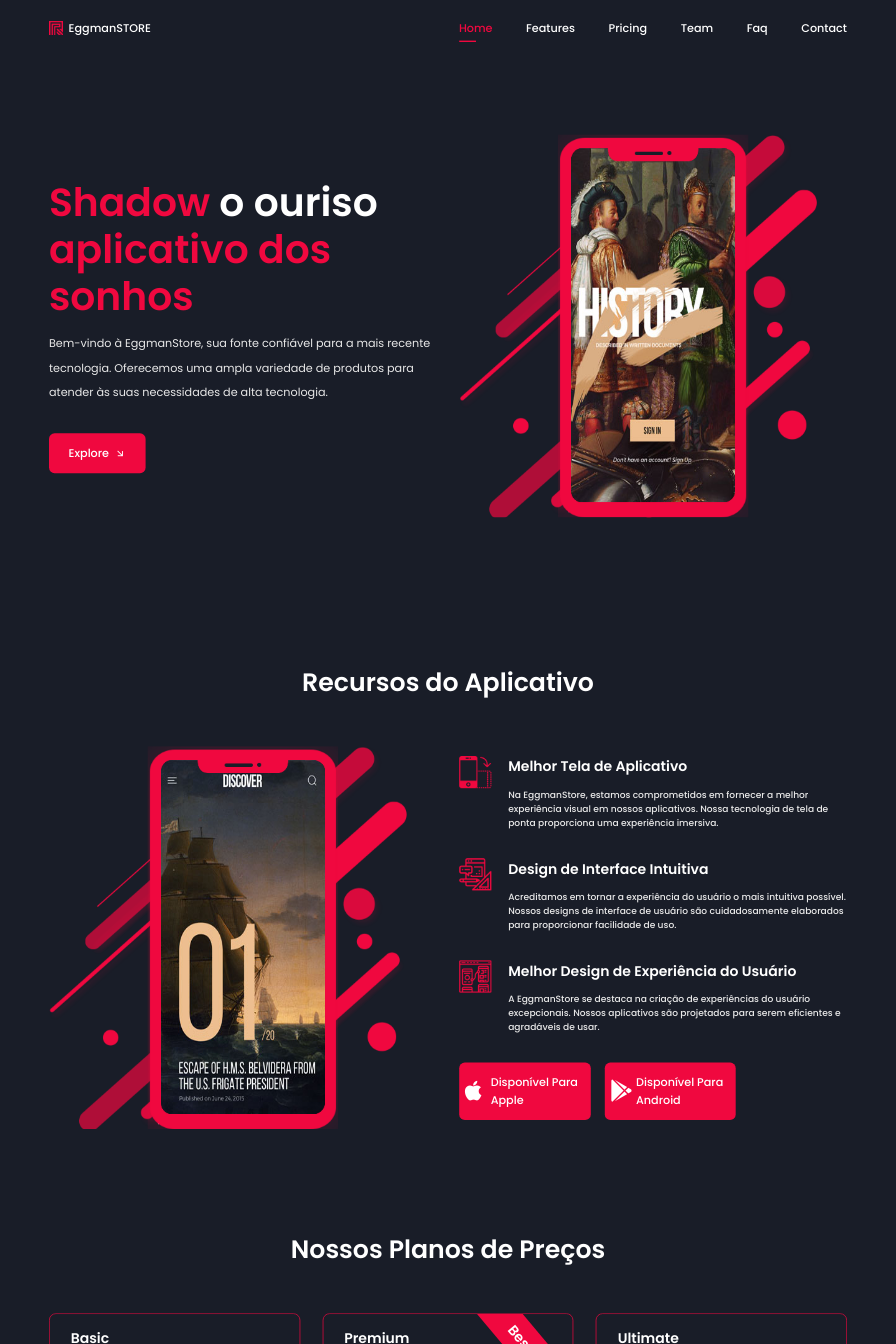
Repository: Matheus904-12/dowcode
Page: AmazingLandingPageApp-main/index.html
These files come from the project's save history. The page is drawn as it stood at one moment and after the next save; the edit follows.
The browser window is 1280 px wide. The pictures show the part of the page from y = 0 to 1920 px (the page is 4871 px tall), at 70% of full size.

Above is the page before, as saved 2023-11-06 02:13:40.

### AmazingLandingPageApp-main/index.html
<!DOCTYPE html>
<html lang="en">
  <head>
    <meta charset="UTF-8" />
    <meta http-equiv="X-UA-Compatible" content="IE=edge" />
    <meta name="viewport" content="width=device-width, initial-scale=1.0" />

    <!--=============== FONT AWESOME ===============-->
    <link
      rel="stylesheet"
      href="https://cdnjs.cloudflare.com/ajax/libs/font-awesome/5.15.4/css/all.min.css"
    />

    <!--=============== REMIX ICONS ===============-->
    <link
      rel="stylesheet"
      href="https://cdn.jsdelivr.net/npm/remixicon@2.5.0/fonts/remixicon.css"
      rel="stylesheet"
    />

    <!--=============== SWIPER CSS ===============-->
    <link
      rel="stylesheet"
      href="https://unpkg.com/swiper@7/swiper-bundle.min.css"
    />

    <!--=============== CSS ===============-->
    <link rel="stylesheet" href="style.css" />

    <title>EggmanSTORE</title>
  </head>
  <body>
    <!--==================== HEADER ====================-->
    <header class="header" id="header">
      <nav class="nav container">
        <a href="#" class="nav__logo">
          <img src="logo.png" class="nav__logo-img" alt="" />
          EggmanSTORE
        </a>

        <div class="nav__menu" id="nav-menu">
          <ul class="nav__list">
            <li class="nav__item">
              <a href="#home" class="nav__link active-link">Home</a>
            </li>
            <li class="nav__item">
              <a href="#features" class="nav__link">Features</a>
            </li>
            <li class="nav__item">
              <a href="#pricing" class="nav__link">Pricing</a>
            </li>
            <li class="nav__item">
              <a href="#team" class="nav__link">Team</a>
            </li>
            <li class="nav__item">
              <a href="#faq" class="nav__link">Faq</a>
            </li>
            <li class="nav__item">
              <a href="#contact" class="nav__link">Contact</a>
            </li>
          </ul>
          <div class="nav__close" id="nav-close">
            <i class="fas fa-times"></i>
          </div>
        </div>
        <div class="nav__toggle" id="nav-toggle">
          <i class="fas fa-th-large"></i>
        </div>
      </nav>
    </header>

<!--==================== HOME ====================-->
<section class="home" id="home">
  <div class="home__container container grid">
    <div class="home__data">
      <h1 class="home__title">
        <span>Shadow</span> o ouriso <span>aplicativo dos sonhos</span>
      </h1>
      <p class="home__description">
        Bem-vindo à EggmanStore, sua fonte confiável para a mais recente tecnologia. Oferecemos uma ampla variedade de produtos para atender às suas necessidades de alta tecnologia.
      </p>
      <a href="#" class="button button--flex">
        Explore <i class="ri-arrow-right-down-line button__icon"></i>
      </a>
    </div>

    <div class="home__img image">
      <div class="banner__app__mock">
        <img src="assets/img/mobile-mock.png" class="mockup" alt="" />
        <img src="assets/img/banner-app.jpg" class="main__img" alt="" />
      </div>
      <div class="mobile__graphic">
        <img src="assets/img/mobile-graphic.png" alt="" />
      </div>
    </div>
  </div>
</section>

<!--==================== FEATURES ====================-->
<section class="features section" id="features">
  <h2 class="section__title">Recursos do Aplicativo</h2>
  <div class="feature__container container grid">
    <div class="feature__img image">
      <div class="banner__app__mock">
        <img src="assets/img/mobile-mock.png" class="mockup" alt="" />
        <img src="assets/img/feature-app.jpg" class="main__img" alt="" />
      </div>
      <div class="mobile__graphic">
        <img src="assets/img/mobile-graphic.png" alt="" />
      </div>
    </div>

    <div class="feature__inside">
      <ul>
        <li>
          <img src="assets/img/feature1.png" alt="" />
          <h3>Melhor Tela de Aplicativo</h3>
          <p>
            Na EggmanStore, estamos comprometidos em fornecer a melhor experiência visual em nossos aplicativos. Nossa tecnologia de tela de ponta proporciona uma experiência imersiva.
          </p>
        </li>
        <li>
          <img src="assets/img/feature2.png" alt="" />
          <h3>Design de Interface Intuitiva</h3>
          <p>
            Acreditamos em tornar a experiência do usuário o mais intuitiva possível. Nossos designs de interface de usuário são cuidadosamente elaborados para proporcionar facilidade de uso.
          </p>
        </li>
        <li>
          <img src="assets/img/feature3.png" alt="" />
          <h3>Melhor Design de Experiência do Usuário</h3>
          <p>
            A EggmanStore se destaca na criação de experiências do usuário excepcionais. Nossos aplicativos são projetados para serem eficientes e agradáveis de usar.
          </p>
        </li>
      </ul>
      <div class="btn__group">
        <a href="#" class="button"
          ><i class="fab fa-apple fa-2x"></i>Disponível Para <br />
          Apple</a
        >
        <a href="#" class="button"
          ><i class="fab fa-google-play fa-2x"></i>Disponível Para <br />
          Android</a
        >
      </div>
    </div>
  </div>
</section>

<!--==================== PRICING ====================-->
<section class="pricing section" id="pricing">
  <h2 class="section__title">Nossos Planos de Preços</h2>
  <div class="pricing__container container grid">
        <div class="pricing__plan">
          <div class="pricing__header">
            <h3>basic</h3>
          </div>
          <div class="pricing__price">
            <span class="currency">$</span>
            <span class="price">99</span>
            <span class="period">/monthly</span>
          </div>
          <div class="pricing__body">
            <ul>
              <li><i class="fa fa-check"></i> 5 GB BandWidth</li>
              <li><i class="fa fa-check"></i> Free Update</li>
              <li><i class="fa fa-check"></i> High Regulation Printing</li>
              <li><i class="fa fa-check"></i> Branding</li>
              <li><i class="fa fa-check"></i> Another Great Features</li>
            </ul>
          </div>
          <div class="pricing__footer">
            <a href="#" class="button button--flex">
              Explore <i class="ri-arrow-right-down-line button__icon"></i>
            </a>
          </div>
        </div>

        <div class="pricing__plan">
          <div class="pricing__header">
            <h3>premium</h3>
            <h3 class="best__value">best value</h3>
          </div>
          <div class="pricing__price">
            <span class="currency">$</span>
            <span class="price">199</span>
            <span class="period">/monthly</span>
          </div>
          <div class="pricing__body">
            <ul>
              <li><i class="fa fa-check"></i> 5 GB BandWidth</li>
              <li><i class="fa fa-check"></i> Free Update</li>
              <li><i class="fa fa-check"></i> High Regulation Printing</li>
              <li><i class="fa fa-check"></i> Branding</li>
              <li><i class="fa fa-check"></i> Another Great Features</li>
            </ul>
          </div>
          <div class="pricing__footer">
            <a href="#" class="button button--flex">
              Explore <i class="ri-arrow-right-down-line button__icon"></i>
            </a>
          </div>
        </div>

        <div class="pricing__plan">
          <div class="pricing__header">
            <h3>ultimate</h3>
          </div>
          <div class="pricing__price">
            <span class="currency">$</span>
            <span class="price">299</span>
            <span class="period">/monthly</span>
          </div>
          <div class="pricing__body">
            <ul>
              <li><i class="fa fa-check"></i> 5 GB BandWidth</li>
              <li><i class="fa fa-check"></i> Free Update</li>
              <li><i class="fa fa-check"></i> High Regulation Printing</li>
              <li><i class="fa fa-check"></i> Branding</li>
              <li><i class="fa fa-check"></i> Another Great Features</li>
            </ul>
          </div>
          <div class="pricing__footer">
            <a href="#" class="button button--flex">
              Explore <i class="ri-arrow-right-down-line button__icon"></i>
            </a>
          </div>
        </div>
      </div>
    </section>

    <!--==================== TESTIMONIALS ====================-->
    <section class="testimonials section" id="team">
      <h2 class="section__title">Meet the Team</h2>
      <div class="testimonials__container container">
        <div class="swiper testimonials__swiper">
          <div class="swiper-wrapper">
            <div class="testimonial__item swiper-slide">
              <div class="img__box">
                <img src="assets/img/team1.jpg" alt="" />
              </div>
              <h3>upvesh kumar</h3>
              <span>UI designer</span>
              <ul>
                <li>
                  <a href="#"><i class="fab fa-facebook-f"></i></a>
                </li>
                <li>
                  <a href="#"><i class="fab fa-twitter"></i></a>
                </li>
                <li>
                  <a href="#"><i class="fab fa-linkedin-in"></i></a>
                </li>
              </ul>
            </div>

            <div class="testimonial__item swiper-slide">
              <div class="img__box">
                <img src="assets/img/team2.jpg" alt="" />
              </div>
              <h3>upvesh kumar</h3>
              <span>UI designer</span>
              <ul>
                <li>
                  <a href="#"><i class="fab fa-facebook-f"></i></a>
                </li>
                <li>
                  <a href="#"><i class="fab fa-twitter"></i></a>
                </li>
                <li>
                  <a href="#"><i class="fab fa-linkedin-in"></i></a>
                </li>
              </ul>
            </div>

            <div class="testimonial__item swiper-slide">
              <div class="img__box">
                <img src="assets/img/team3.jpg" alt="" />
              </div>
              <h3>upvesh kumar</h3>
              <span>UI designer</span>
              <ul>
                <li>
                  <a href="#"><i class="fab fa-facebook-f"></i></a>
                </li>
                <li>
                  <a href="#"><i class="fab fa-twitter"></i></a>
                </li>
                <li>
                  <a href="#"><i class="fab fa-linkedin-in"></i></a>
                </li>
              </ul>
            </div>

            <div class="testimonial__item swiper-slide">
              <div class="img__box">
                <img src="assets/img/team2.jpg" alt="" />
              </div>
              <h3>upvesh kumar</h3>
              <span>UI designer</span>
              <ul>
                <li>
                  <a href="#"><i class="fab fa-facebook-f"></i></a>
                </li>
                <li>
                  <a href="#"><i class="fab fa-twitter"></i></a>
                </li>
                <li>
                  <a href="#"><i class="fab fa-linkedin-in"></i></a>
                </li>
              </ul>
            </div>
          </div>
        </div>
      </div>
    </section>

    <!--==================== FAQ'S ====================-->
    <section class="accordion section" id="faq">
      <h2 class="section__title">Frequently asked questions</h2>
      <div class="accordion__container container grid">
        <div class="accordion__img image">
          <div class="banner__app__mock">
            <img src="assets/img/mobile-mock.png" class="mockup" alt="" />
            <img src="assets/img/banner-app.jpg" class="main__img" alt="" />
          </div>
          <div class="mobile__graphic">
            <img src="assets/img/mobile-graphic.png" alt="" />
          </div>
        </div>

        <div class="accordion__content">
          <div class="accordion__item">
            <div class="accordion__header">
              <h3>100% Responsive - Fits any device perfectly</h3>
            </div>
            <div class="accordion__body">
              <p>
                Lorem ipsum dolor sit amet, consectetur adipisicing elit. Atque,
                omnis similique doloremque quo ea provident odit incidunt?
                Obcaecati, unde inventore.
              </p>
            </div>
          </div>

          <div class="accordion__item collapsed">
            <div class="accordion__header">
              <h3>Clean Code</h3>
            </div>
            <div class="accordion__body">
              <p>
                Lorem ipsum dolor sit amet, consectetur adipisicing elit. Atque,
                omnis similique doloremque quo ea provident odit incidunt?
                Obcaecati, unde inventore.
              </p>
            </div>
          </div>

          <div class="accordion__item">
            <div class="accordion__header">
              <h3>flat, modern and clean design</h3>
            </div>
            <div class="accordion__body">
              <p>
                Lorem ipsum dolor sit amet, consectetur adipisicing elit. Atque,
                omnis similique doloremque quo ea provident odit incidunt?
                Obcaecati, unde inventore.
              </p>
            </div>
          </div>

          <div class="accordion__item">
            <div class="accordion__header">
              <h3>Custom font support</h3>
            </div>
            <div class="accordion__body">
              <p>
                Lorem ipsum dolor sit amet, consectetur adipisicing elit. Atque,
                omnis similique doloremque quo ea provident odit incidunt?
                Obcaecati, unde inventore.
              </p>
            </div>
          </div>
        </div>
      </div>
    </section>

    <!--==================== FOOTER ====================-->
    <section class="contact section container" id="contact">
      <div class="contact__container grid">
        <div class="contact__box">
          <h2 class="section__title">
            Reach out to us today <br />
            via any of the given <br />
            information
          </h2>
          <div class="contact__data">
            <div class="contact__information">
              <h3 class="contact__subtitle">Call us for instant support</h3>
              <span class="contact__description">
                <i class="ri-phone-line contact__icon"></i>
                +92 3487 678
              </span>
            </div>
            <div class="contact__information">
              <h3 class="contact__subtitle">Write us by mail</h3>
              <span class="contact__description">
                <i class="ri-mail-line contact__icon"></i>
                user@gmail.com
              </span>
            </div>
          </div>
        </div>
        <form action="" class="contact__form">
          <div class="contact__inputs">
            <div class="contact__content">
              <input type="email" placeholder="" class="contact__input" />
              <label for="" class="contact__label">Email</label>
              <span></span>
            </div>
            <div class="contact__content">
              <input type="text" placeholder="" class="contact__input" />
              <label for="" class="contact__label">Subject</label>
              <span></span>
            </div>
            <div class="contact__content contact__area">
              <textarea
                name="message"
                placeholder=""
                id=""
                cols="30"
                rows="10"
                class="contact__input"
              ></textarea>
              <label for="" class="contact__label">Message</label>
              <span></span>
            </div>
          </div>
          <button class="button button--flex">
            Send Message
            <i class="ri-arrow-right-up-line button__icon"></i>
          </button>
        </form>
      </div>
    </section>

    <!--==================== FOOTER ====================-->
    <footer class="footer section">
      <div class="footer__container container grid">
        <div class="footer__content">
          <a href="#" class="footer__logo">
            <img src="assets/img/logo.png" class="footer__logo-img" alt="" />
            Bingles
          </a>
          <h3 class="footer__title">
            subscribe to our newslatter <br />
            to stay update
          </h3>
          <div class="footer__subscribe">
            <input
              type="email"
              placeholder="Enter your email"
              class="footer__input"
            />
            <button class="button button--flex footer__button">
              Subscribe
              <i class="ri-arrow-right-up-line button__icon"></i>
            </button>
          </div>
        </div>
        <div class="footer__content">
          <h3 class="footer__title">Our Address</h3>
          <ul class="footer__data">
            <li class="footer__information">12354 - RWP</li>
            <li class="footer__information">gali - 423</li>
            <li class="footer__information">234 - 567 - 788</li>
          </ul>
        </div>
        <div class="footer__content">
          <h3 class="footer__title">Contact Us</h3>
          <ul class="footer__data">
            <li class="footer__information">+999 666 555</li>
            <div class="footer__social">
              <a href="#" class="footer__social-link">
                <i class="ri-facebook-fill"></i>
              </a>
              <a href="#" class="footer__social-link">
                <i class="ri-instagram-line"></i>
              </a>
              <a href="#" class="footer__social-link">
                <i class="ri-twitter-fill"></i>
              </a>
            </div>
          </ul>
        </div>
        <div class="footer__content">
          <h3 class="footer__title">Our Services</h3>
          <ul class="footer__data">
            <li class="footer__information">Pricing</li>
            <li class="footer__information">Features</li>
            <li class="footer__information">FAQ</li>
          </ul>
        </div>
      </div>
      <p class="footer__copy">&#169;Muhammad SamiUllah. All rights reserved</p>
    </footer>

    <!--=============== SWIPER JS ===============-->
    <script src="https://unpkg.com/swiper@7/swiper-bundle.min.js"></script>

    <!--=============== MAIN JS ===============-->
    <script src="main.js"></script>
  </body>
</html>

Loaded but not shown: AmazingLandingPageApp-main/main.js (91 lines, source omitted); AmazingLandingPageApp-main/style.css (762 lines, source omitted)

After the next save:
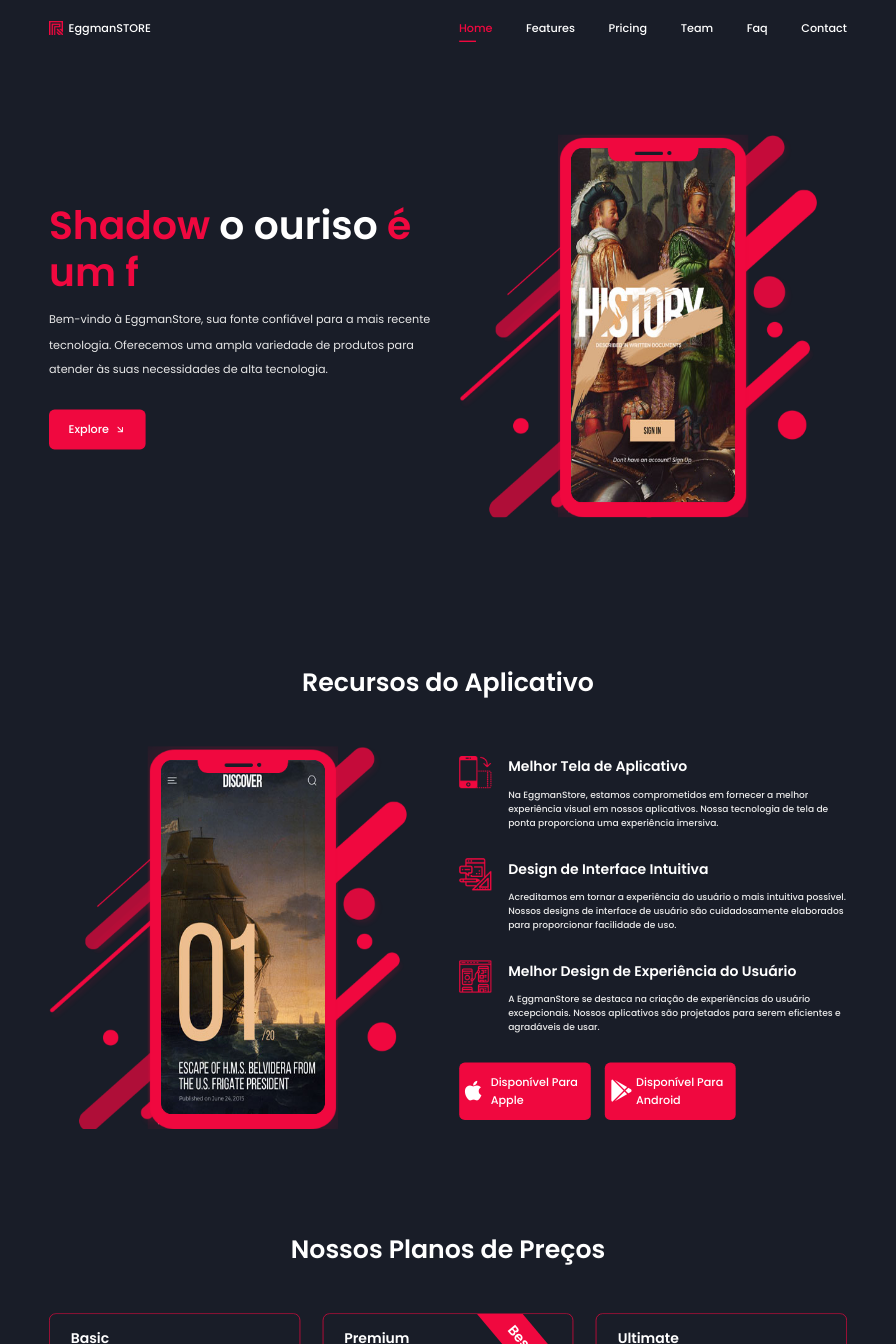
Saved 7 s later.
--- a/AmazingLandingPageApp-main/index.html
+++ b/AmazingLandingPageApp-main/index.html
@@ -74,7 +74,7 @@
   <div class="home__container container grid">
     <div class="home__data">
       <h1 class="home__title">
-        <span>Shadow</span> o ouriso <span>aplicativo dos sonhos</span>
+        <span>Shadow</span> o ouriso <span>é um f</span>
       </h1>
       <p class="home__description">
         Bem-vindo à EggmanStore, sua fonte confiável para a mais recente tecnologia. Oferecemos uma ampla variedade de produtos para atender às suas necessidades de alta tecnologia.
